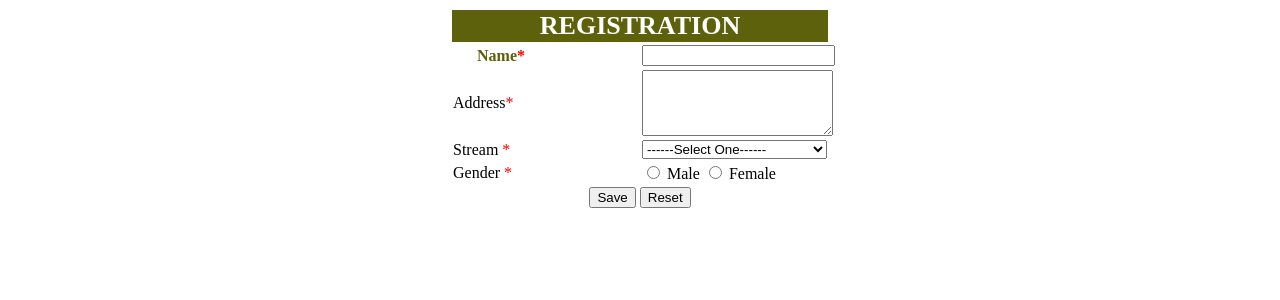
Repository: nsbgit/JavaTutorial
Page: http://localhost/Proj/
An editor plug-in stored every save of this project. The page is shown before and after the next save, followed by the edit.
The browser window is 1280 px wide. The pictures show the whole page.
The page is served by Tomcat 9.

Above is the page before, as saved 2013-09-29 08:36:17.

### Webel/IDE/2013-09-29/TheSukanta/Proj/WebContent/first.jsp
<%@ page language="java" contentType="text/html; charset=ISO-8859-1"
    pageEncoding="ISO-8859-1"%>
<!DOCTYPE html PUBLIC "-//W3C//DTD HTML 4.01 Transitional//EN" "http://www.w3.org/TR/html4/loose.dtd">
<html>
<head>
<meta http-equiv="Content-Type" content="text/html; charset=ISO-8859-1">
<title>Insert title here</title>
<style type="text/css">
	.hd {
		background-color: #5E610B;
		color: white;
		font-size:  26px;
		font-weight: bold;
	}
	.lbl {
		font-weight: bold; color: #5E610B; padding-left: 25px;
	}
</style>
</head>
<body>
	<table align="center">
		<tr>
			<td align="center" colspan="2" class="hd"> REGISTRATION  </td>
		</tr>
		<tr>
			<td width="50%" class="lbl">Name<font color="red">*</font> </td>
			<td>
				<input type="text" name="sName" id="sName" style="width: 100%">
			</td>
		</tr>
		<tr>
			<td width="50%">Address<font color="red">*</font> </td>
			<td>
				<textarea rows="4" cols="20" name="add" id="add"  style="width: 100%"></textarea>
			</td>
		</tr>
		<tr>
			<td width="50%">Stream <font color="red">*</font> </td>
			<td>
				<select name="stream" id="stream"  style="width: 100%">
					<option value="">------Select One------</option>
					<option value="cse">Computer Science</option>
					<option value="It">Information Technology</option>
					<option value="mca">MCA</option>
				</select>
			</td>
		</tr>
		<tr>
			<td width="50%">Gender <font color="red">*</font> </td>
			<td>
				<input type="radio" name="gen" value="m"> Male
				<input type="radio" name="gen" value="f"> Female
			</td>
		</tr>
		<tr>
			<td colspan="2" align="center">
				<input type="submit" value="Save">
				<input type="reset" value="Reset">
			</td>
		</tr>
	</table>
</body>
</html>

After the next save:
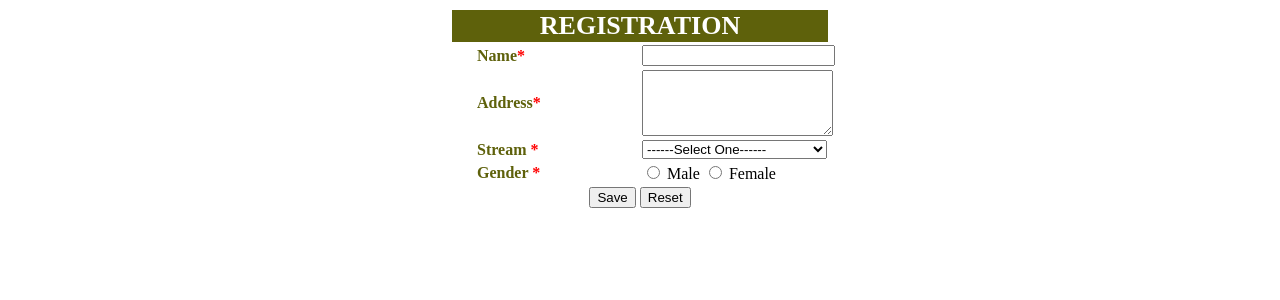
Saved 52 s later.
--- a/Webel/IDE/2013-09-29/TheSukanta/Proj/WebContent/first.jsp
+++ b/Webel/IDE/2013-09-29/TheSukanta/Proj/WebContent/first.jsp
@@ -29,13 +29,13 @@
 			</td>
 		</tr>
 		<tr>
-			<td width="50%">Address<font color="red">*</font> </td>
+			<td width="50%" class="lbl">Address<font color="red">*</font> </td>
 			<td>
 				<textarea rows="4" cols="20" name="add" id="add"  style="width: 100%"></textarea>
 			</td>
 		</tr>
 		<tr>
-			<td width="50%">Stream <font color="red">*</font> </td>
+			<td width="50%" class="lbl">Stream <font color="red">*</font> </td>
 			<td>
 				<select name="stream" id="stream"  style="width: 100%">
 					<option value="">------Select One------</option>
@@ -46,7 +46,7 @@
 			</td>
 		</tr>
 		<tr>
-			<td width="50%">Gender <font color="red">*</font> </td>
+			<td width="50%" class="lbl">Gender <font color="red">*</font> </td>
 			<td>
 				<input type="radio" name="gen" value="m"> Male
 				<input type="radio" name="gen" value="f"> Female
